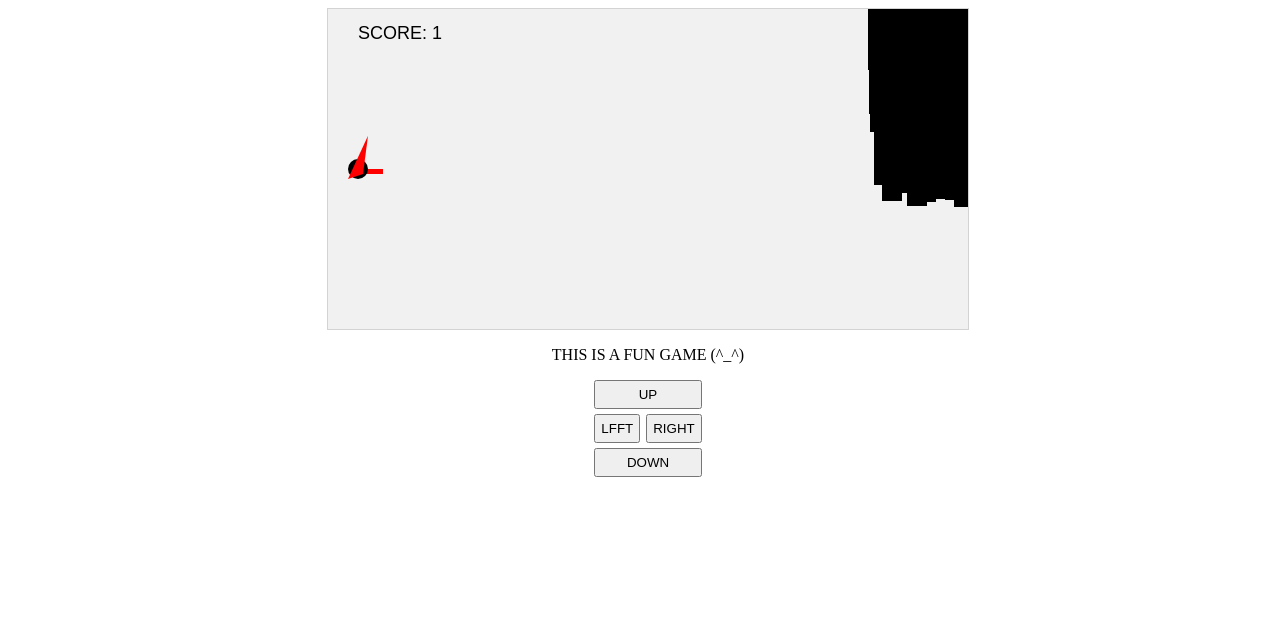
Repository: 0971638569/Game-javascript-canvas
Page: game-JAVASCRIPTS-HTML-CSS-CANVAS/index.html
An editor plug-in stored every save of this project. The page is shown before and after the next save, followed by the edit.
The browser window is 1280 px wide. The page is 1288 px wide, so the pictures cover 1288 px, including what lies to the right of the window. The pictures show the whole page.

Above is the page before, as saved 2022-11-16 17:30:29.

### game-JAVASCRIPTS-HTML-CSS-CANVAS/index.html
<!DOCTYPE html>
<html lang="en">
    <head>
        <title>GAME</title>
        <meta name="viewport" content="width=device-width, initial-scale=1.0"/>
        <link rel="stylesheet" type="text/css" href="styles.css" />
    </head>
    <body onload="game()" id="body">
        <script src="./game.js" type="text/javascript"></script>
        <p>THIS IS A FUN GAME (^_^)</p>
        <div id="button">
           <button onmousedown="moveUp()" onmouseup="clearMove()" ontouchstart="moveUp()" id="up-btn">UP</button>
           <div class="btnMove">
                <button onmousedown="moveLeft()" onmouseup="clearMove()" ontouchstart="moveLeft()" id="left-btn">LFFT</button>
                <button onmousedown="moveRight()" onmouseup="clearMove()" ontouchstart="moveRight()" id="right-btn">RIGHT</button>
           </div>
           <button onmousedown="moveDown()" onmouseup="clearMove()" ontouchstart="moveDown()" id="down-btn">DOWN</button>
        </div>
    </body>
</html>

### game-JAVASCRIPTS-HTML-CSS-CANVAS/styles.css
body {
    width: 100%;
    height: 100%;
    display: flex;
    align-items: center;
    justify-content: center;
    flex-direction: column;
}

canvas {
    border: 1px solid#d3d3d3;
    background-color: #f1f1f1;
}

button {
    width: 100%;
    display: flex;
    flex-direction: column;
    align-items: center;
    padding: 5px;
}

#button {
    height: 200px;
}

.btnMove {
    display: flex;
    margin-top: 5px;
    margin-bottom: 5px;
}

#left-btn {
    margin-right: 3px;
}

#right-btn {
    margin-left: 3px;
}

.btnActive {
    border: red solid 3px;
    border-radius: 5px;
}

### game-JAVASCRIPTS-HTML-CSS-CANVAS/game.js
let screenWidthRatio = 0.5;
let screenHeightRatio = 2;
let isCircle = "circle";

let bird;
let wall;
let score;

function game() {
    bird = new DrawComponents(20, 20, 'black', 10, 30, ((window.innerWidth * screenWidthRatio) / screenHeightRatio) / 2, "circle");
    score = new DrawComponents("18px", "Arial", "black", 0, 30, 30, "text")
    wall = [];
    gameObject.start();
}

let gameObject = {
    canvas: document.createElement("canvas"),
    start: function () {
        this.canvas.width = window.innerWidth * screenWidthRatio;
        this.canvas.height = this.canvas.width / screenHeightRatio;
        this.context = this.canvas.getContext("2d");
        this.textScore = 0;
        document.body.insertBefore(this.canvas, document.body.childNodes[0])
        this.interval = setInterval(gameUpdate, 50);
    },
    clear: function () {
        this.context.clearRect(0, 0, this.canvas.width, this.canvas.height);
    },
    stop: function () {
        clearInterval(this.interval);
    }
}

function DrawComponents(width, height, color, radius, positionX, positionY, type) {
    this.width = width;
    this.height = height;
    this.positionX = positionX;
    this.positionY = positionY;
    this.moveX = 0;
    this.moveY = 0;
    this.flapping = 10;
    this.type = type;
    this.update = function() {
        let draw = gameObject.context;
        if (this.type === isCircle){

            draw.beginPath();
            draw.fillStyle = "red";
            draw.fillRect(this.positionX, this.positionY, 25, 5);

            draw.beginPath();
            draw.fillStyle = color;
            draw.arc(this.positionX, this.positionY, radius, 0, 2 * Math.PI);
            draw.fill();

            draw.beginPath();
            draw.fillStyle = "red";
            draw.moveTo(this.positionX + 5, this.positionY + 5);
            draw.lineTo(this.positionX - 10, this.positionY + 10);
            draw.lineTo(this.positionX + 10, this.positionY + this.flapping - 50 * Math.cos(Math.PI / 6));
            draw.fill();

        } else if (this.type === "text") {
            draw.beginPath();
            draw.font = this.width + " " + this.height;
            draw.fillStyle = color;
            draw.fillText(this.text, this.positionX, this.positionY);
        } else {
            draw.beginPath();
            draw.fillStyle = color;
            draw.fillRect(this.positionX, this.positionY, this.width, this.height);
        }

    };
    this.move = function() {
        this.positionX += this.moveX;
        this.positionY += this.moveY;
    };
    this.cashWith = function(obj) {

        let myLeft = this.positionX,
            myRight = this.positionX + this.width,
            myTop = this.positionY,
            myBottom = this.positionY + this.height;

        let OtherLeft = obj.positionX,
            otherRight = obj.positionX + obj.width,
            otherTop = obj.positionY,
            otherBottom = obj.positionY + obj.height;

        let crash = true;

        if ((myBottom < otherTop) || (myTop > otherBottom) || (myRight < OtherLeft) || (myLeft > otherRight)) {
            crash = false;
        }
        return crash;
    }
}

function gameUpdate() {
    let positionX, height, gap, minHeight, maxHeight, minGap, maxGap;
    wall.forEach(element => {
        if (bird.cashWith(element)) {
            gameObject.stop();
            return;
        }
    });
    gameObject.clear();
    gameObject.textScore = wallDistance(150) ? gameObject.textScore + 1 : gameObject.textScore;
    if ((gameObject.textScore === 1) || wallDistance(150)) {
        positionX = gameObject.canvas.width;
        minHeight = 20;
        maxHeight = 200;
        height = Math.floor(Math.random()*(maxHeight - minHeight + 1) + minHeight);
        minGap = 50
        maxGap = 200
        gap = Math.floor(Math.random()*(maxGap - minGap + 1) + minGap);
        wall.push(new DrawComponents(20, height, "black", 0, positionX, 0, "cylinder"));
        wall.push(new DrawComponents(20, 300, "red", 0, positionX, positionX + gap, "cylinder"));
    }
    wall.forEach((element, i) => {
        wall[i].positionX -= 1;
        wall[i].move();
        wall[i].update();
    });
    bird.flapping = setFlapping();
    score.text = "SCORE: " + gameObject.textScore;
    bird.move();
    bird.update();
    score.update();
}

function wallDistance(metter) {
    if ((gameObject.textScore / metter) % 1 === 0) return true;
    return false;
}

function setFlapping() {
    let flyUp = 80, flyDown = 10;
    return bird.flapping > 70 ? flyDown : flyUp;
}

function moveUp() {
    bird.moveY = -2;
}

function moveDown() {
    bird.moveY = 2;
}

function moveLeft() {
    bird.moveX = -2;
}

function moveRight() {
    bird.moveX = 2;
}

function clearMove() {
    bird.moveX = 0;
    bird.moveY = 0;
}

document.addEventListener("keydown", function(event) {
    let name = event.key,
        code = event.code;
    if (name === "ArrowUp") {
        let upBtn = document.getElementById("up-btn");
        upBtn.classList.add("btnActive");
        moveUp();
    }
    if (name === "ArrowDown") {
        moveDown();
    }
    if (name === "ArrowLeft") {
        moveLeft();
    }
    if (name === "ArrowRight") {
        moveRight();
    }
}, false);

document.addEventListener("keyup", function(event) {
    let name = event.key,
        code = event.code;
    if (["ArrowUp", "ArrowDown", "ArrowLeft", "ArrowRight"].includes(name)) {
        clearMove();
        let upBtn = document.getElementById("up-btn");
        upBtn.classList.remove("btnActive");
    }
}, false);

After the next save:
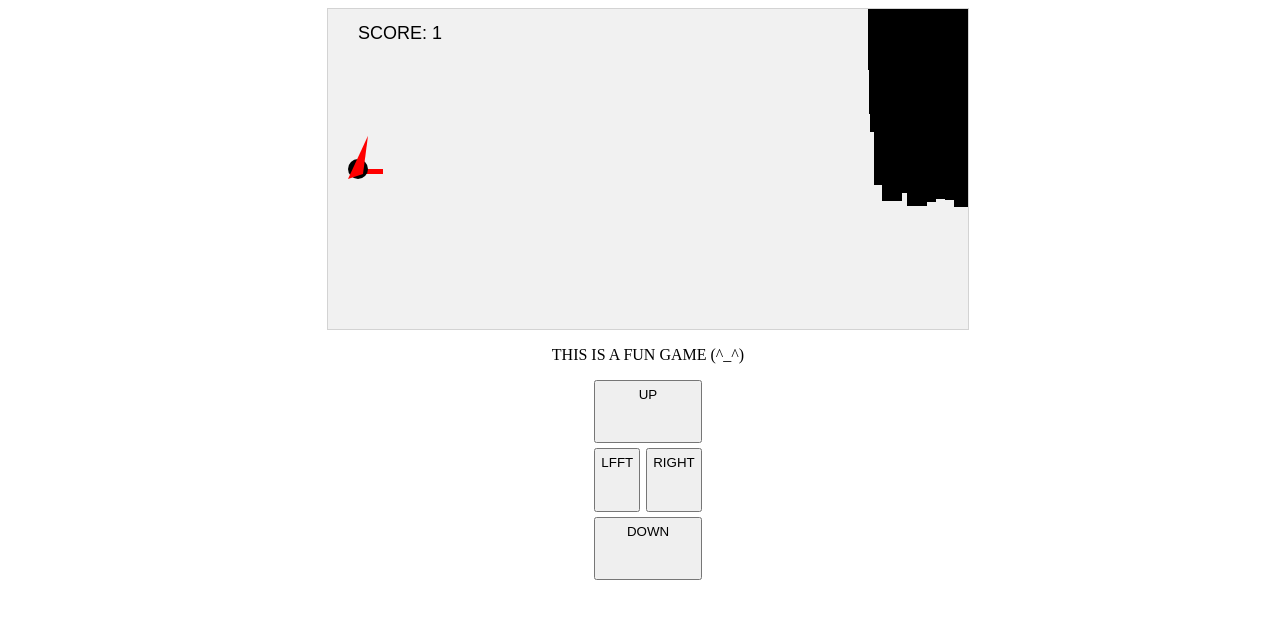
Saved 3 min 25 s later.
--- a/game-JAVASCRIPTS-HTML-CSS-CANVAS/styles.css
+++ b/game-JAVASCRIPTS-HTML-CSS-CANVAS/styles.css
@@ -22,6 +22,7 @@ button {
 
 #button {
     height: 200px;
+    display: inline-grid;
 }
 
 .btnMove {
